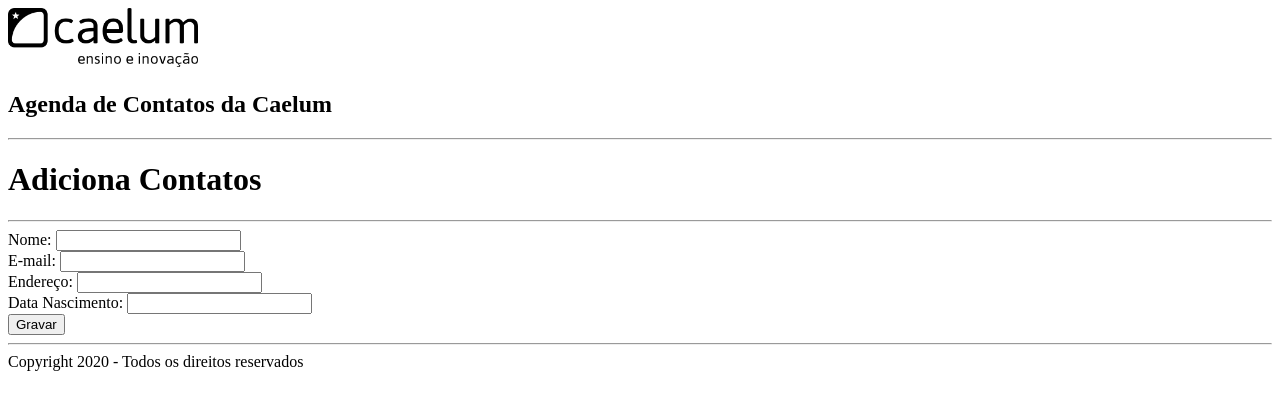
Repository: nacano10/fj-21
Page: http://localhost/fj21-agenda/adiciona-contato.jsp
These files come from the project's save history. The page is drawn as it stood at one moment and after the next save; the edit follows.
The browser window is 1280 px wide. The pictures show the whole page.
The page is served by Tomcat 9.

Above is the page before, as saved 2020-07-22 20:06:26.

After the next save:
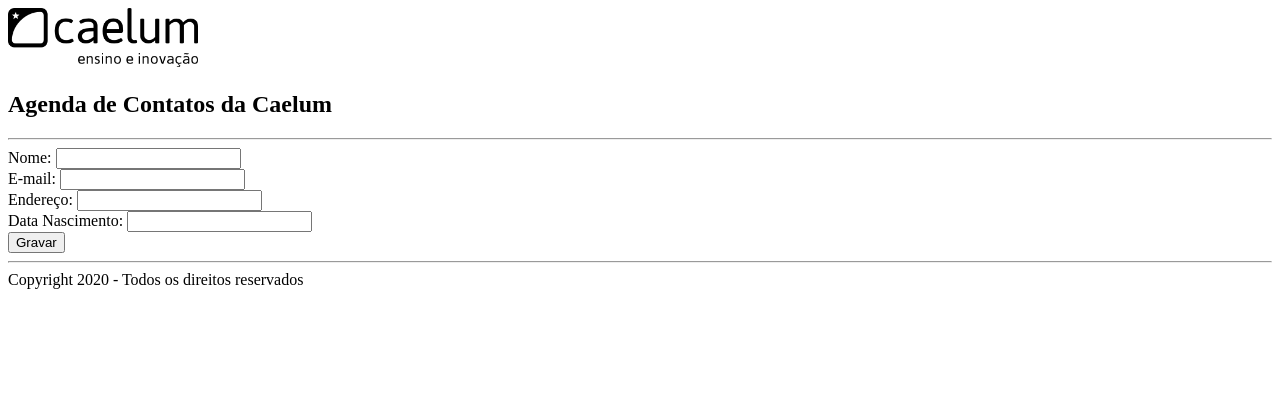
Saved 69 s later.
--- a/fj21-agenda/WebContent/adiciona-contato.jsp
+++ b/fj21-agenda/WebContent/adiciona-contato.jsp
@@ -4,8 +4,7 @@
 
 	<body>
 	<c:import url="cabecalho.jsp" />
-		<h1>Adiciona Contatos</h1>
-		<hr />
+
 		<form action="adicionaContato">
 			Nome: <input type="text" name="nome" /><br />
 			E-mail: <input type="text" name="email" /><br />
